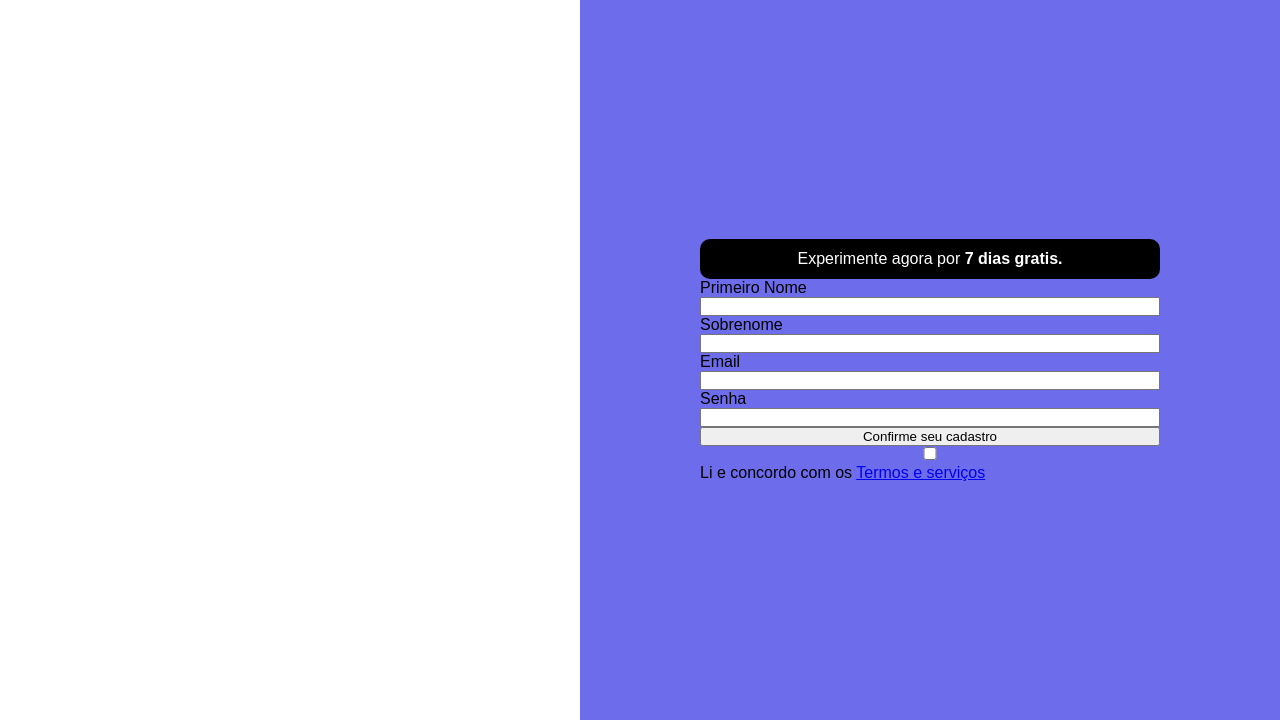
Repository: analessp/tela-login
Page: index.html
An editor plug-in stored every save of this project. The page is shown before and after a run of saves, followed by the edit.
The browser window is 1280 px wide. The pictures show the whole page.
Some web fonts or font styles are not loaded; a fallback is used.

Above is the page before, as saved 2025-04-16 08:46:53.

### index.html
<!DOCTYPE html>
<html lang="pt-br">
  <head>
    <meta charset="UTF-8" />
    <meta name="viewport" content="width=device-width, initial-scale=1.0" />
    <title>Tela de Login</title>
    <link rel="stylesheet" href="style.css" />
    <link rel="preconnect" href="https://fonts.googleapis.com" />
    <link rel="preconnect" href="https://fonts.gstatic.com" crossorigin />
    <link href="https://fonts.googleapis.com/css2?family=Nunito:ital,wght@0,200..1000;1,200..1000&family=Special+Gothic&display=swap" rel="stylesheet" />
  </head>
  <body>
    <main>
      <div class="container-left">
        <h1>Tela de Login</h1>
        <p>Lorem ipsum dolor sit amet consectetur adipisicing elit. Omnis sint, nostrum ab, officiis et voluptatem ipsam quos ducimus aliquam recusandae praesentium, quod non quam! Expedita, facere praesentium? Velit, voluptatibus distinctio.</p>
      </div>
      <div class="container-right">
        <a href="#" class="teste-gratis">
          <p>Experimente agora por <b>7 dias gratis.</b></p>
        </a>
        <div class="forms">
          <form>

            <div>
              <label for="name">
                <p>Primeiro Nome</p>
                <input id="name" type="text" />
              </label>
            </div>

            <div>
                <label for="lastname">
                    <p>Sobrenome</p>
                    <input id="lastname" type="text" />
                </label>
            </div>

            <div>
                <label for="email">
                    <p>Email</p>
                    <input id="email" type="email" />
                </label>
            </div>

            <div>
                <label for="password">
                    <p>Senha</p>
                    <input id="password" type="password" />
                </label>
            </div>

            <button type="submit">
                <p>Confirme seu cadastro</p>
            </button>
            <div>
                <input type="checkbox">
                <p>
                    Li e concordo com os <a href="#">Termos e serviços</a>
                </p>
            </div>
          </form>
        </div>
      </div>
    </main>
  </body>
</html>

### style.css
* {
    margin: 0;
    padding: 0;
    box-sizing: border-box;
    width: 100%;
    font-family: "Special Gothic", sans-serif;
}

main {
    display: flex;
    background-image: url("./assets/background.jpg") no-repeat center center;
    background-size: cover;
    position: relative;
    height: 100vh;
    z-index: 0;
}

&::after {
    content: "";
    background: linear-gradient(105deg, rgba(0, 0, 0) 0%, rgba(0, 0, 0, 0.5));
    position: absolute;
    top: 0;
    left: 0;
    opacity: 0.9;
    width: 100%;
}

.container-left {
    color: white;
    display: flex;
    justify-content: center;
    flex-direction: column;
    padding: 40px 120px;
    gap: 14px;
}

.container-left h1 {
    font-size: 60px;
}

.container-right {
    background-color: rgb(109, 109, 235);
    display: flex;
    flex-direction: column;
    justify-content: center;
    padding: 40px 120px;
}

.teste-gratis {
    display: flex;
    justify-content: center;
    align-items: center;
    width: 460px;
    height: 40px;
    background-color: black;
    text-decoration: none;
    color: white;
    border-radius: 10px;
}

.teste-gratis p{
text-align: center;
}

After the next 6 saves:
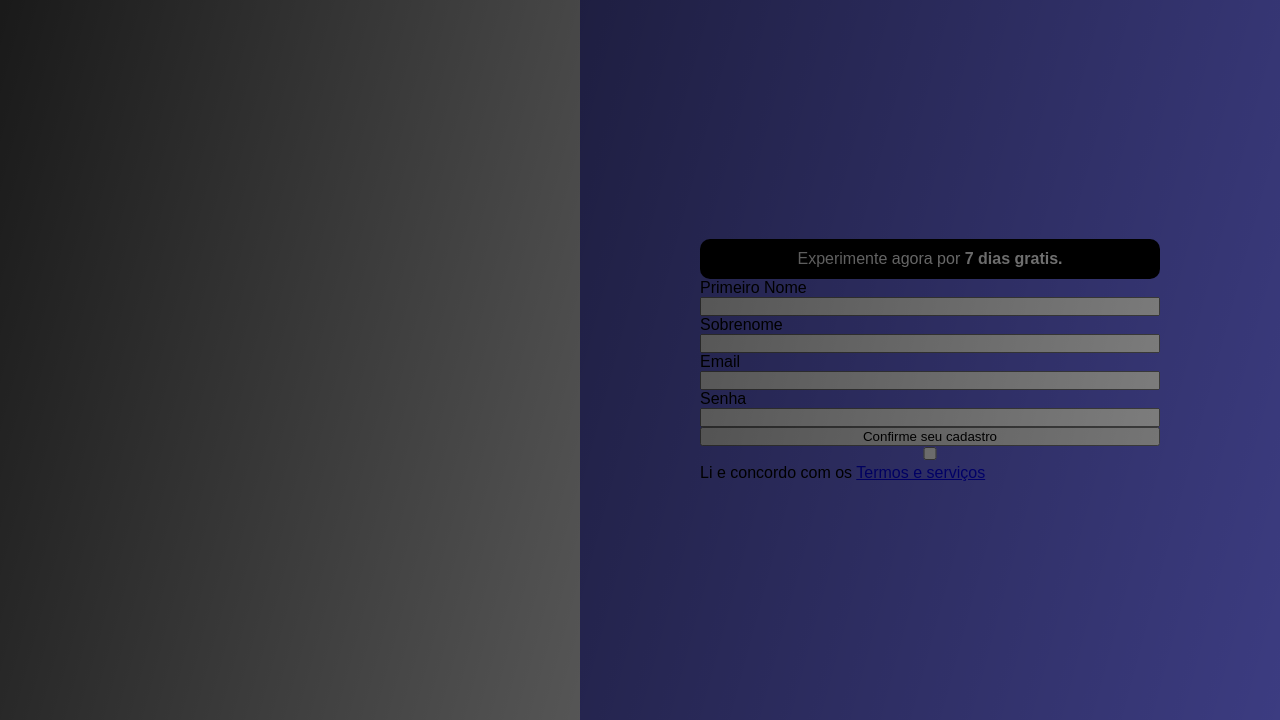
The 6 saves are shown as one change because they came seconds apart.
The last was saved 67 s later.
--- a/style.css
+++ b/style.css
@@ -23,6 +23,8 @@ main {
     left: 0;
     opacity: 0.9;
     width: 100%;
+    height: 100%;
+    z
 }
 
 .container-left {
